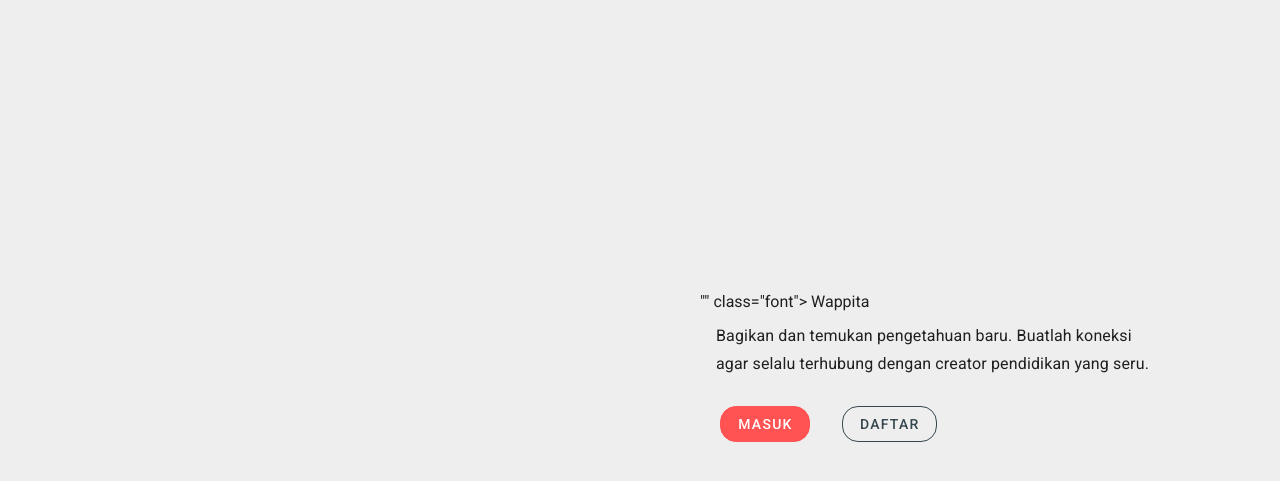
Repository: wildanpurnomo/kulia-fe
Page: /
An editor plug-in stored every save of this project. The page is shown before and after the next save, followed by the edit.
The browser window is 1280 px wide. The pictures show the whole page.
The page's requests for data from a server got no answer. The project was rebuilt for these pictures with package versions that can differ from the ones it lists, and the page was loaded fresh each time. No one was signed in, and anything a server would have sent is missing. Also part of the build but not shown: vue.config.js. Imported but missing from the stored project, and not drawn on this page: src/views/partials/main/MyProfile.vue.

Above is the page before, as saved 2020-11-27 19:17:07.

After the next save:
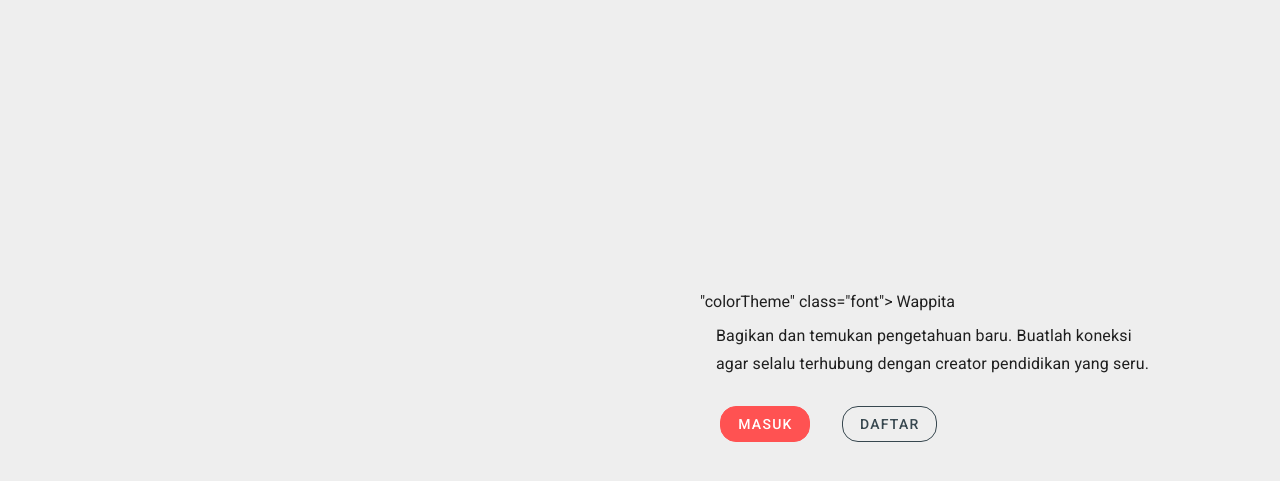
Saved 12 s later.
--- a/src/views/Landing.vue
+++ b/src/views/Landing.vue
@@ -7,7 +7,7 @@
       </v-col>
       <v-spacer></v-spacer>
       <v-col cols="6" class="pa-15">
-        <v-card-title :color:"" class="font">
+        <v-card-title :color:"colorTheme" class="font">
           Wappita
         </v-card-title>
         <v-card-text class="pt-2 text-subtitle-1" width="100">
